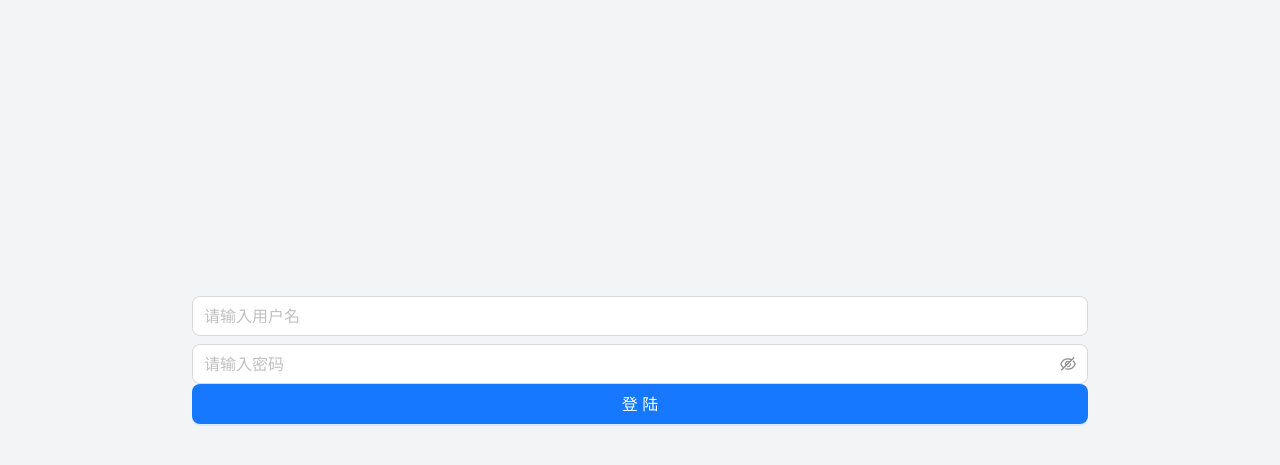
Repository: wujieli0207/tiny-flash-card
Page: /#/login
An editor plug-in stored every save of this project. The page is shown before and after the next save, followed by the edit.
The browser window is 1280 px wide. The pictures show the whole page.
The project was rebuilt for these pictures with package versions that can differ from the ones it lists, and the page was loaded fresh each time. Also part of the build but not shown: vite.config.ts.

Above is the page before, as saved 2023-06-11 18:27:10.

After the next save:
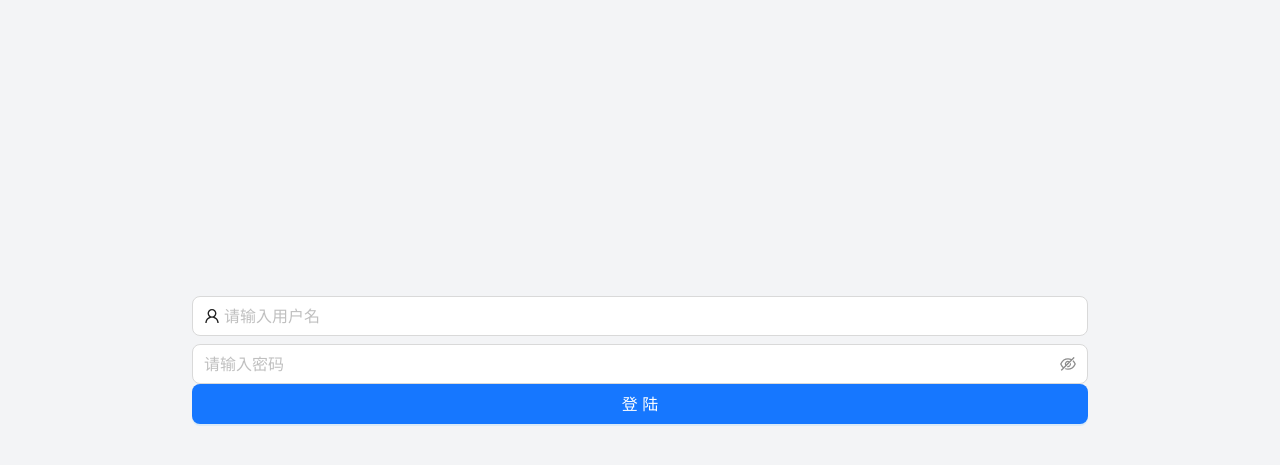
Saved 11 s later.
--- a/src/client/pages/login.tsx
+++ b/src/client/pages/login.tsx
@@ -39,6 +39,7 @@ const Login = () => {
           ref={usernameRef}
           placeholder="请输入用户名"
           size="large"
+          prefix={<UserOutlined />}
           className="mb-2"
           onChange={(e) => setUsername(e.target.value)}
           onKeyUp={(e) => {
